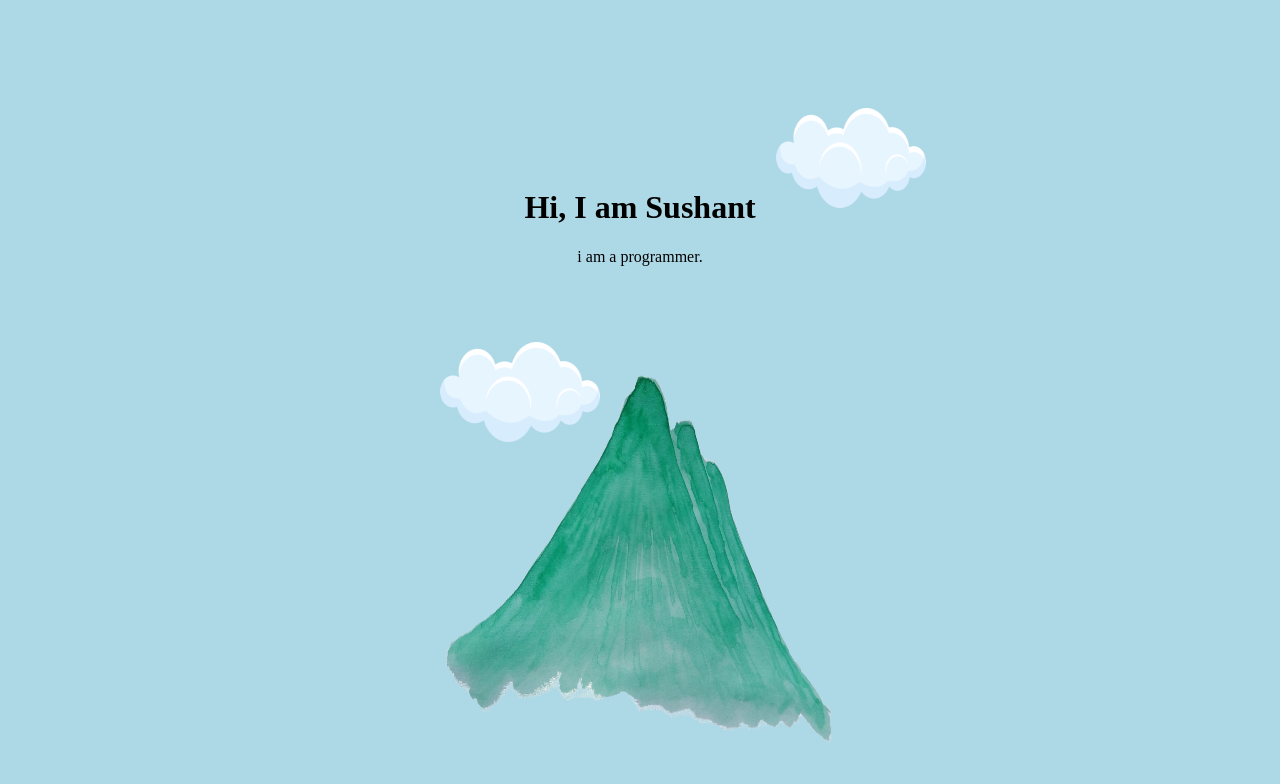
Repository: Sushant203/myPersonalSite
Page: index.html
The author's editor kept a copy of each file at every save. The page is drawn from the files as they stood at one save, then again after a run of saves.
The browser window is 1280 px wide. The pictures show the whole page.

Above is the page before, as saved 2022-12-09 18:24:35.

### index.html
<!DOCTYPE html>
<html lang="en">

<head>
    <meta charset="UTF-8">
    <meta http-equiv="X-UA-Compatible" content="IE=edge">
    <meta name="viewport" content="width=device-width, initial-scale=1.0">
    <title>Document</title>
    <link rel="stylesheet" href="\css\style.css">
    <link rel="favicon" href="favicon.ico">
</head>

<body>
    <div class="container">
        <div>
            <img class="top-cloud" src="cloud.png" alt="upper-cloud">
        </div>
        <div class="header-text">
            <h1>Hi, I am Sushant</h1>
            <p>i am a programmer.</p>
        </div>
        <div>
            <img class="bottom-cloud" src="cloud.png" alt="lower cloud">
            <img class="mountain-image" src="mountain-1.png" alt="mountain img">
        </div>
    </div>


</body>

</html>

### css/style.css
body{
    background-color: lightblue;

    }

.container{
    margin:  0;
    position: relative;
    text-align: center;
    padding-top: 100px;

}

.top-cloud{
    height: 100px;
    width: 150px;
    position: absolute;
   left: 60vw;
}

.header-text{
display: inline-block;
/* position: absolute; */
margin: 60px;

}

.bottom-cloud{
    height: 100px;
    width: 160px;
    position: absolute;

    /* top: 30vh;
    left: 30vw; */
}

.mountain-image{

    height: 430px;
    width: 400px;
}

After the next 4 saves:
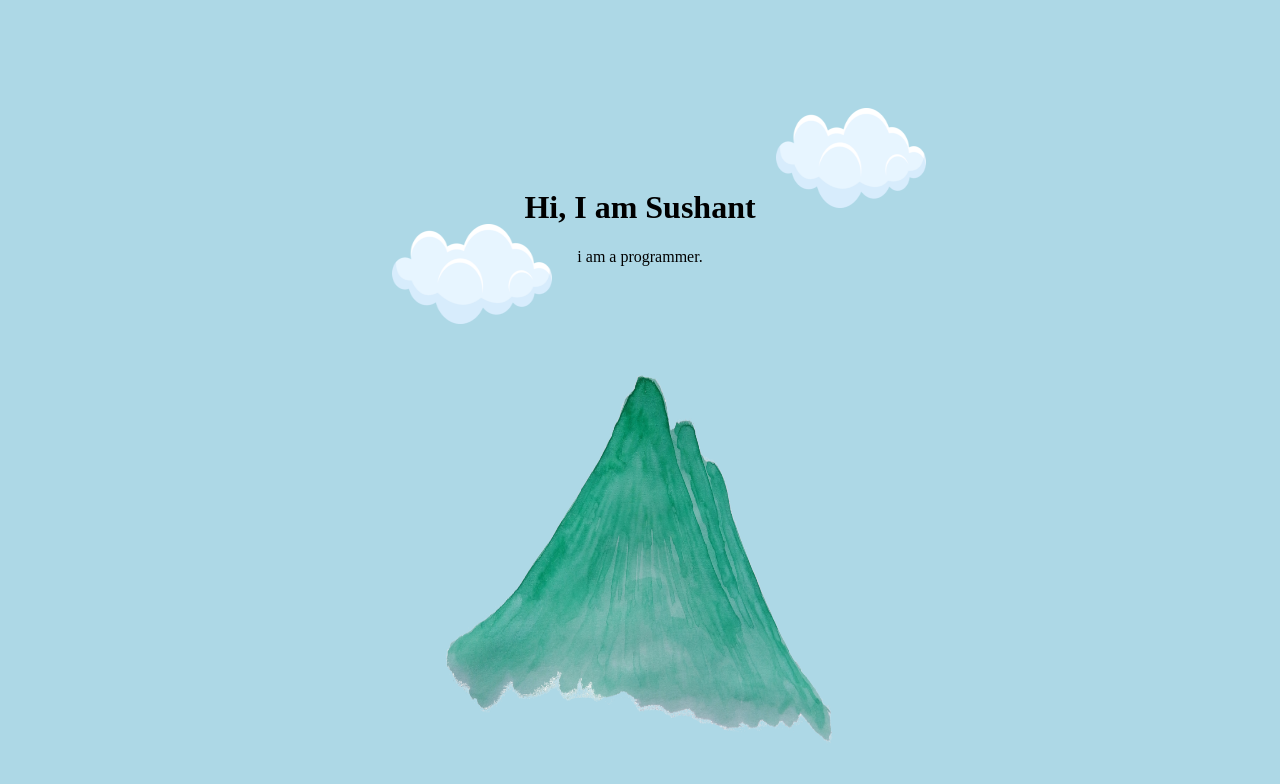
The 4 saves are shown as one change because they came seconds apart.
The last was saved 63 s later.
--- a/css/style.css
+++ b/css/style.css
@@ -30,8 +30,8 @@ margin: 60px;
     width: 160px;
     position: absolute;
 
-    /* top: 30vh;
-    left: 30vw; */
+    top: 30vh;
+    left: 30vw;
 }
 
 .mountain-image{
